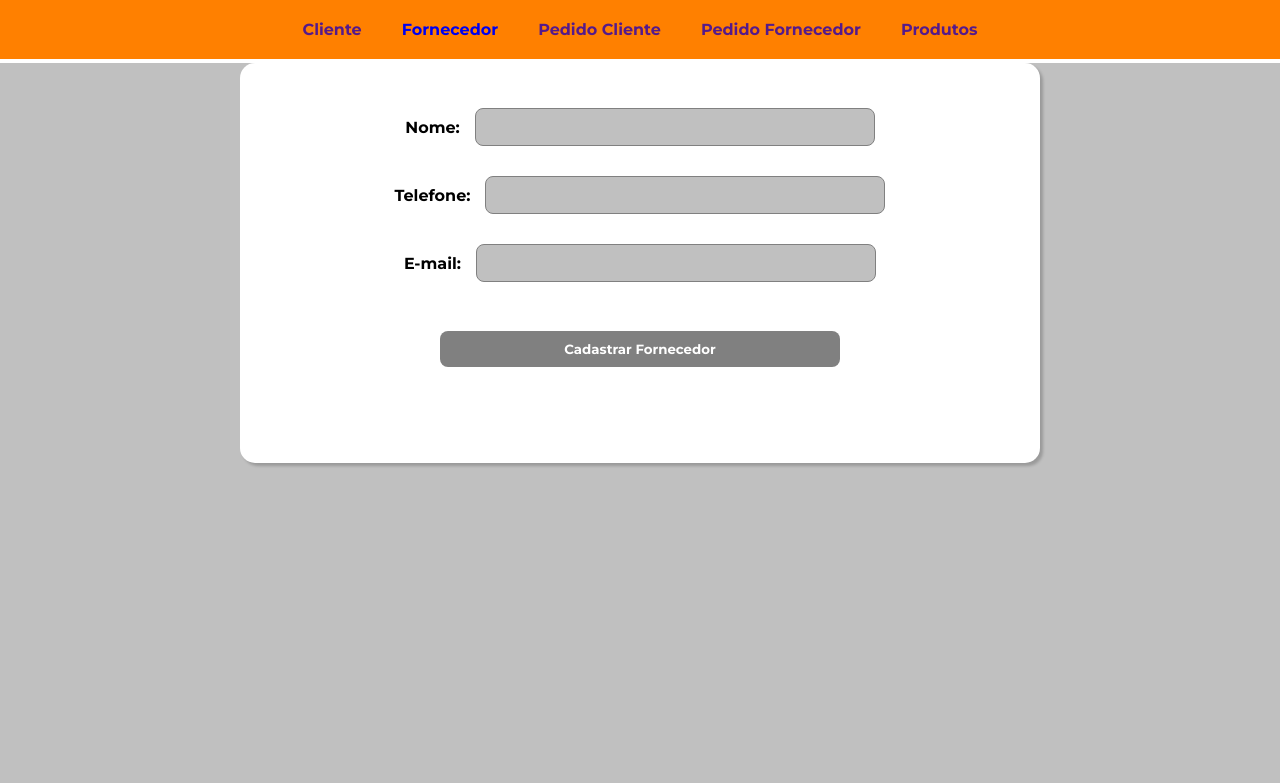
Repository: walterdmp/JavaWeb_BartoBotinas
Page: http://localhost/BartoBotinas/cadastrarFornecedor.jsp
These files come from the project's save history. The page is drawn as it stood at one moment and after the next save; the edit follows.
The browser window is 1280 px wide. The pictures show the whole page.
The page is served by Tomcat 9. Other server files are loaded and not shown.

Above is the page before, as saved 2024-07-30 18:09:01.

### BartoBotinas/WebContent/cadastrarFornecedor.jsp
<%@ page language="java" contentType="text/html; charset=ISO-8859-1"
	pageEncoding="ISO-8859-1"%>
<!DOCTYPE html>
<html>
<head>
<link rel="stylesheet" href="css/estilo.css">

<meta charset="ISO-8859-1">
<title>Bartô Botinas</title>
</head>
<body>
	<nav class="bartoNav">
		<ul>
			<li><a href="">Cliente</a></li>
			<li><a href="cadastrarFornecedor.jsp">Fornecedor</a></li>
			<li><a href="">Pedido Cliente</a></li>
			<li><a href="">Pedido Fornecedor</a></li>
			<li><a href="">Produtos</a></li>
		</ul>
	</nav>
	<main class="bartoMain">
		<form action="" method="post" class="bartoForm">
			<div>
				<label><strong>Nome:</strong></label><input type="text"
					name="nome">
			</div>
			<div>
				<label><strong>Telefone:</strong></label><input type="text"
					name="telefone">
			</div>
			<div>
				<label><strong>E-mail:</strong></label><input type="text"
					name="email">
			</div>

			<br>
			<div>
				<input id="bartoButton" type="submit" name="salvar"
					value="Cadastrar Fornecedor">
			</div>
		</form>
	</main>
</body>
</html>

### BartoBotinas/WebContent/css/estilo.css
@charset "ISO-8859-1";

@import
	url('https://fonts.googleapis.com/css2?family=Montserrat:ital,wght@0,100;0,200;0,300;0,400;0,500;0,600;0,700;0,800;0,900;1,100;1,200;1,300;1,400;1,500;1,600;1,700;1,800;1,900&display=swap')
	;

* {
	margin: 0;
	padding: 0;
	box-sizing: border-box;
	text-decoration: none;
	list-style: none;
	font-family: 'Montserrat', sans-serif;
}

.bartoNav {
	width: 100vw;
}

.bartoMain {
	background-color: #c0c0c0;
	width: 100vw;
	height: 100vh;
}

.bartoNav ul {
	display: flex;
	flex-direction: row;
	gap: 40px;
	width: 100%;
	justify-content: center;
	padding: 20px;
	background-color: #ff8000;
	color: white;
	font-weight: bold;
}

.bartoForm {
	display: flex;
	flex-direction: column;
	padding: 45px;
	width: 800px;
	height: 400px;
	background-color: white;
	margin: 0 auto;
	margin-top: 4px;
	border-radius: 15px;
	box-shadow: 3px 3px 3px rgba(0, 0, 0, 0.2);
	width: 800px;
	align-items: center;
	align-self: center;
}

.bartoForm input {
	border-radius: 8px;
	border: 1px solid gray;
	width: 80px;
	padding: 10px;
	width: 400px;
	background-color: #c0c0c0;
}

.bartoForm div {
	display: flex;
	align-items: center;
	gap: 15px;
	margin-bottom: 30px;
	gap: 15px;
}

#bartoButton {
	background-color: #808080;
	border: none;
	color: white;
	font-weight: bold;
	cursor: pointer;
}

After the next save:
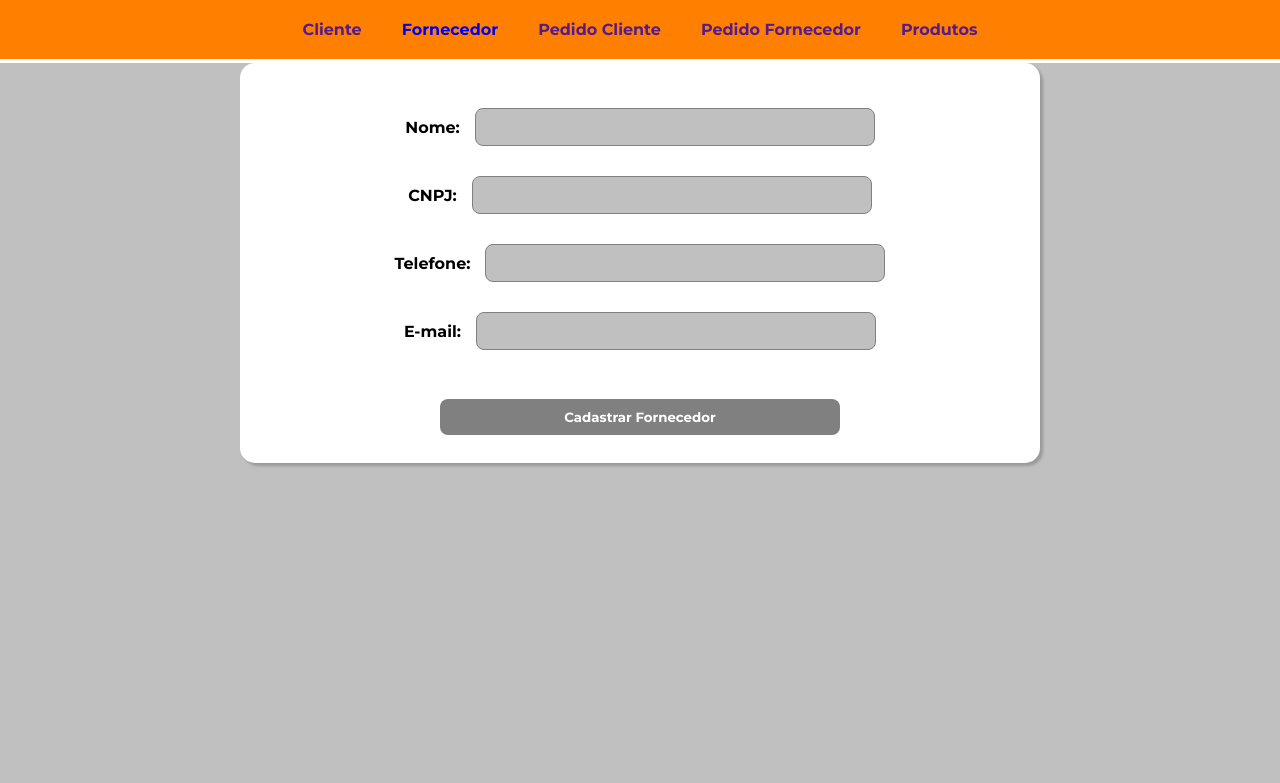
Saved 45 s later.
--- a/BartoBotinas/WebContent/cadastrarFornecedor.jsp
+++ b/BartoBotinas/WebContent/cadastrarFornecedor.jsp
@@ -25,6 +25,10 @@
 					name="nome">
 			</div>
 			<div>
+				<label><strong>CNPJ:</strong></label><input type="text"
+					name="cnoj">
+			</div>
+			<div>
 				<label><strong>Telefone:</strong></label><input type="text"
 					name="telefone">
 			</div>
